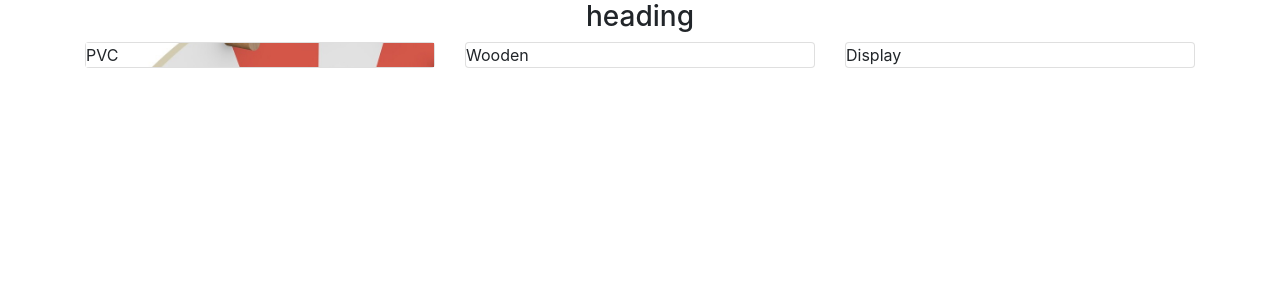
Repository: Awaisp-irfan/fahad-project
Page: index.html
An editor plug-in stored every save of this project. The page is shown before and after the next save, followed by the edit.
The browser window is 1280 px wide. The pictures show the whole page.

Above is the page before, as saved 2022-06-30 06:57:44.

After the next save:
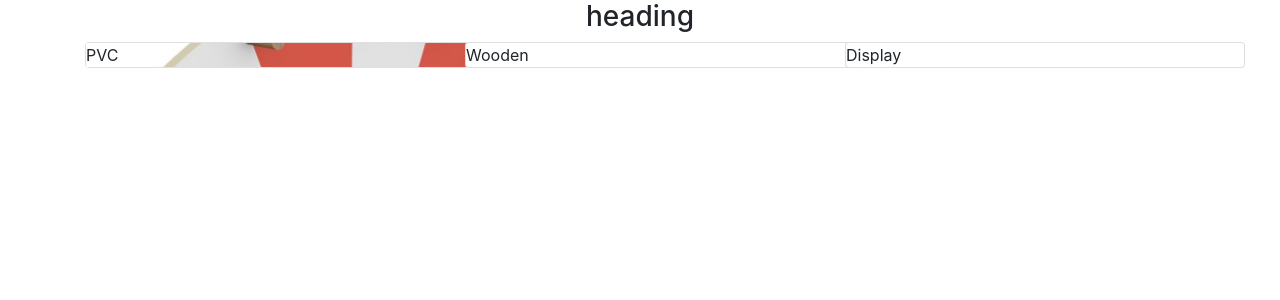
Saved 8 s later.
--- a/style.css
+++ b/style.css
@@ -7,5 +7,5 @@
 }
 
 .img-div{
-    width: 100%;
+    width: 400px;
 }
